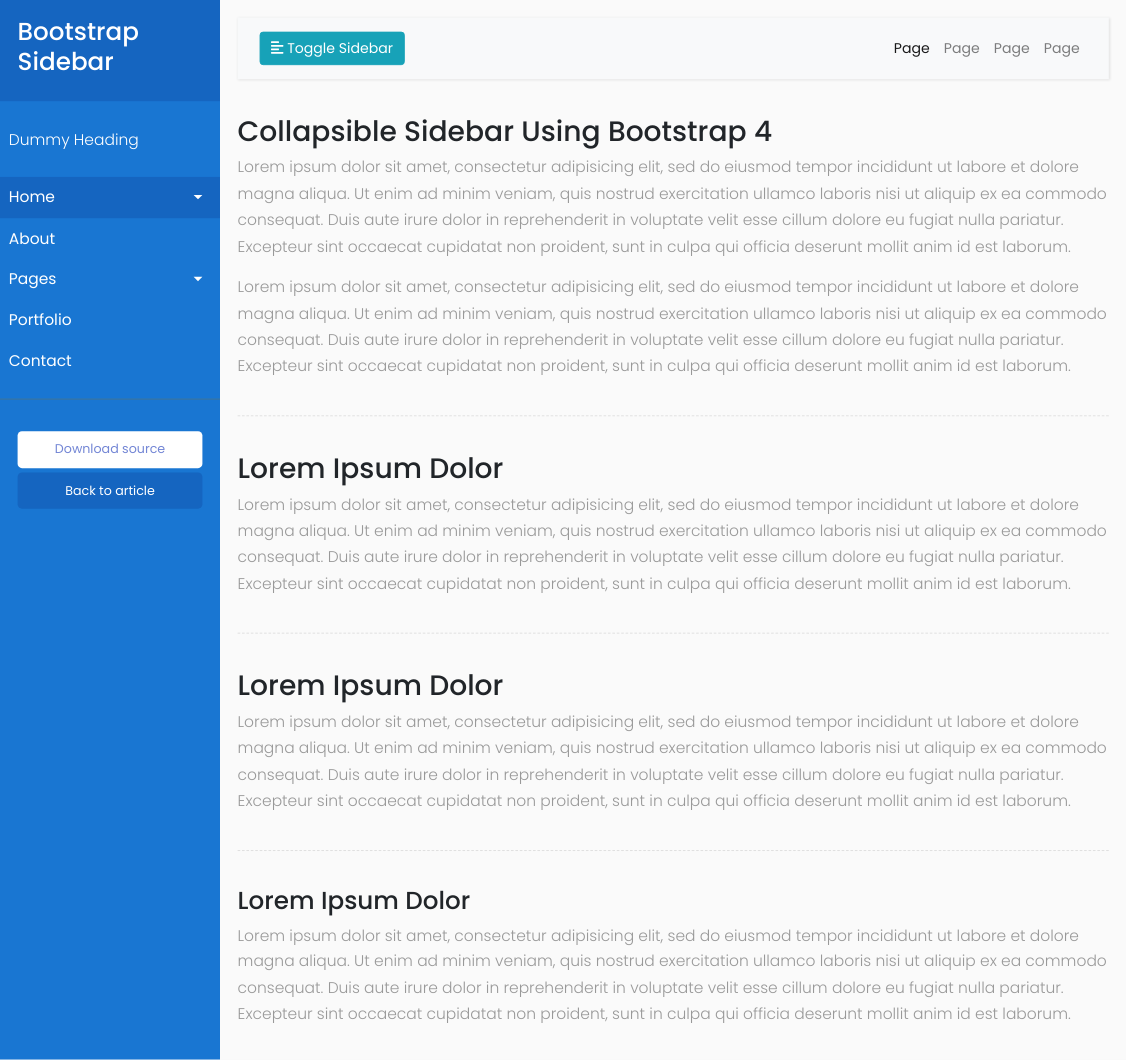
Repository: thiagosfideles/aprendendo-git
Page: index.html
The author's editor kept a record of every edit. The page is drawn from the files as they stood at one moment, then again after the next edit.
The browser window is 1280 px wide. The pictures show the whole page, at 88% of full size.
Some web libraries are served in a nearby version.

Above is the page before.
Not found: js/

### index.html
<!DOCTYPE html>
<html lang="pt-br">
<head>
    <meta charset="UTF-8">
    <meta name="viewport" content="width=device-width, initial-scale=1.0">
    <meta http-equiv="X-UA-Compatible" content="ie=edge">
    <title>Calendar</title>

    <!-- Bootstrap CSS CDN -->
    <link rel="stylesheet" href="https://cdnjs.cloudflare.com/ajax/libs/twitter-bootstrap/4.3.1/css/bootstrap.min.css" type="text/css" />

     <!-- Our Custom CSS -->
    <link rel="stylesheet" href="css/style.css">

    <!-- Font Awesome JS -->
    <script type="text/javascript" src="https://cdnjs.cloudflare.com/ajax/libs/font-awesome/5.11.2/js/fontawesome.js"></script>
    <script type="text/javascript" src="https://cdnjs.cloudflare.com/ajax/libs/font-awesome/5.11.2/js/solid.js"></script>

</head>
<body>

  <div class="wrapper">
        <!-- Sidebar  -->
        <nav id="sidebar">
            <div class="sidebar-header">
                <h3>Bootstrap Sidebar</h3>
            </div>

            <ul class="list-unstyled components">
                <p>Dummy Heading</p>
                <li class="active">
                    <a href="#homeSubmenu" data-toggle="collapse" aria-expanded="false" class="dropdown-toggle">Home</a>
                    <ul class="collapse list-unstyled" id="homeSubmenu">
                        <li>
                            <a href="#">Home 1</a>
                        </li>
                        <li>
                            <a href="#">Home 2</a>
                        </li>
                        <li>
                            <a href="#">Home 3</a>
                        </li>
                    </ul>
                </li>
                <li>
                    <a href="#">About</a>
                </li>
                <li>
                    <a href="#pageSubmenu" data-toggle="collapse" aria-expanded="false" class="dropdown-toggle">Pages</a>
                    <ul class="collapse list-unstyled" id="pageSubmenu">
                        <li>
                            <a href="#">Page 1</a>
                        </li>
                        <li>
                            <a href="#">Page 2</a>
                        </li>
                        <li>
                            <a href="#">Page 3</a>
                        </li>
                    </ul>
                </li>
                <li>
                    <a href="#">Portfolio</a>
                </li>
                <li>
                    <a href="#">Contact</a>
                </li>
            </ul>

            <ul class="list-unstyled CTAs">
                <li>
                    <a href="https://bootstrapious.com/tutorial/files/sidebar.zip" class="download">Download source</a>
                </li>
                <li>
                    <a href="https://bootstrapious.com/p/bootstrap-sidebar" class="article">Back to article</a>
                </li>
            </ul>
        </nav>

        <!-- Page Content  -->
        <div id="content">

            <nav class="navbar navbar-expand-lg navbar-light bg-light">
                <div class="container-fluid">

                    <button type="button" id="sidebarCollapse" class="btn btn-info">
                        <i class="fas fa-align-left"></i>
                        <span>Toggle Sidebar</span>
                    </button>
                    <button class="btn btn-dark d-inline-block d-lg-none ml-auto" type="button" data-toggle="collapse" data-target="#navbarSupportedContent" aria-controls="navbarSupportedContent" aria-expanded="false" aria-label="Toggle navigation">
                        <i class="fas fa-align-justify"></i>
                    </button>

                    <div class="collapse navbar-collapse" id="navbarSupportedContent">
                        <ul class="nav navbar-nav ml-auto">
                            <li class="nav-item active">
                                <a class="nav-link" href="#">Page</a>
                            </li>
                            <li class="nav-item">
                                <a class="nav-link" href="#">Page</a>
                            </li>
                            <li class="nav-item">
                                <a class="nav-link" href="#">Page</a>
                            </li>
                            <li class="nav-item">
                                <a class="nav-link" href="#">Page</a>
                            </li>
                        </ul>
                    </div>
                </div>
            </nav>

            <h2>Collapsible Sidebar Using Bootstrap 4</h2>
            <p>Lorem ipsum dolor sit amet, consectetur adipisicing elit, sed do eiusmod tempor incididunt ut labore et dolore magna aliqua. Ut enim ad minim veniam, quis nostrud exercitation ullamco laboris nisi ut aliquip ex ea commodo consequat. Duis aute irure dolor in reprehenderit in voluptate velit esse cillum dolore eu fugiat nulla pariatur. Excepteur sint occaecat cupidatat non proident, sunt in culpa qui officia deserunt mollit anim id est laborum.</p>
            <p>Lorem ipsum dolor sit amet, consectetur adipisicing elit, sed do eiusmod tempor incididunt ut labore et dolore magna aliqua. Ut enim ad minim veniam, quis nostrud exercitation ullamco laboris nisi ut aliquip ex ea commodo consequat. Duis aute irure dolor in reprehenderit in voluptate velit esse cillum dolore eu fugiat nulla pariatur. Excepteur sint occaecat cupidatat non proident, sunt in culpa qui officia deserunt mollit anim id est laborum.</p>

            <div class="line"></div>

            <h2>Lorem Ipsum Dolor</h2>
            <p>Lorem ipsum dolor sit amet, consectetur adipisicing elit, sed do eiusmod tempor incididunt ut labore et dolore magna aliqua. Ut enim ad minim veniam, quis nostrud exercitation ullamco laboris nisi ut aliquip ex ea commodo consequat. Duis aute irure dolor in reprehenderit in voluptate velit esse cillum dolore eu fugiat nulla pariatur. Excepteur sint occaecat cupidatat non proident, sunt in culpa qui officia deserunt mollit anim id est laborum.</p>

            <div class="line"></div>

            <h2>Lorem Ipsum Dolor</h2>
            <p>Lorem ipsum dolor sit amet, consectetur adipisicing elit, sed do eiusmod tempor incididunt ut labore et dolore magna aliqua. Ut enim ad minim veniam, quis nostrud exercitation ullamco laboris nisi ut aliquip ex ea commodo consequat. Duis aute irure dolor in reprehenderit in voluptate velit esse cillum dolore eu fugiat nulla pariatur. Excepteur sint occaecat cupidatat non proident, sunt in culpa qui officia deserunt mollit anim id est laborum.</p>

            <div class="line"></div>

            <h3>Lorem Ipsum Dolor</h3>
            <p>Lorem ipsum dolor sit amet, consectetur adipisicing elit, sed do eiusmod tempor incididunt ut labore et dolore magna aliqua. Ut enim ad minim veniam, quis nostrud exercitation ullamco laboris nisi ut aliquip ex ea commodo consequat. Duis aute irure dolor in reprehenderit in voluptate velit esse cillum dolore eu fugiat nulla pariatur. Excepteur sint occaecat cupidatat non proident, sunt in culpa qui officia deserunt mollit anim id est laborum.</p>
        </div>
    </div>



    <!-- Scripts -->
    <!-- Jquery.js -->
    <script src="https://code.jquery.com/jquery-3.3.1.slim.min.js" integrity="sha384-q8i/X+965DzO0rT7abK41JStQIAqVgRVzpbzo5smXKp4YfRvH+8abtTE1Pi6jizo" crossorigin="anonymous"></script>
    <!-- Popper.js -->
    <script type="text/javascript" src="https://cdnjs.cloudflare.com/ajax/libs/popper.js/1.15.0/esm/popper.min.js"></script>
    <!-- Bootstrap.js -->
    <script type="text/javascript" src="https://cdnjs.cloudflare.com/ajax/libs/twitter-bootstrap/4.3.1/js/bootstrap.min.js"></script>
    <!-- Sidebar.js -->
    <script type="text/javascript" src="js/"></script>

</body>
</html>

### css/style.css
/*
    DEMO STYLE
*/

@import "https://fonts.googleapis.com/css?family=Poppins:300,400,500,600,700";
body {
    font-family: 'Poppins', sans-serif;
    background: #fafafa;
}

p {
    font-family: 'Poppins', sans-serif;
    font-size: 1.1em;
    font-weight: 300;
    line-height: 1.7em;
    color: #999;
}

a,
a:hover,
a:focus {
    color: inherit;
    text-decoration: none;
    transition: all 0.3s;
}

.navbar {
    padding: 15px 10px;
    background: #fff;
    border: none;
    border-radius: 0;
    margin-bottom: 40px;
    box-shadow: 1px 1px 3px rgba(0, 0, 0, 0.1);
}

.navbar-btn {
    box-shadow: none;
    outline: none !important;
    border: none;
}

.line {
    width: 100%;
    height: 1px;
    border-bottom: 1px dashed #ddd;
    margin: 40px 0;
}

/* ---------------------------------------------------
    SIDEBAR STYLE
----------------------------------------------------- */

.wrapper {
    display: flex;
    width: 100%;
    align-items: stretch;
}

#sidebar {
    min-width: 250px;
    max-width: 250px;
    background: #1976d2;
    color: #fff;
    transition: all 0.3s;
}

#sidebar.active {
    margin-left: -250px;
}

#sidebar .sidebar-header {
    padding: 20px;
    background: #1565c0;
}

#sidebar ul.components {
    padding: 20px 0;
    border-bottom: 1px solid #47748b;
}

#sidebar ul p {
    color: #fff;
    padding: 10px;
}

#sidebar ul li a {
    padding: 10px;
    font-size: 1.1em;
    display: block;
}

#sidebar ul li a:hover {
    color: #1565c0;
    background: #fff;
}

#sidebar ul li.active>a,
a[aria-expanded="true"] {
    color: #fff;
    background: #1565c0 ;
}

a[data-toggle="collapse"] {
    position: relative;
}

.dropdown-toggle::after {
    display: block;
    position: absolute;
    top: 50%;
    right: 20px;
    transform: translateY(-50%);
}

ul ul a {
    font-size: 0.9em !important;
    padding-left: 30px !important;
    background: #1565c0 ;
}

ul.CTAs {
    padding: 20px;
}

ul.CTAs a {
    text-align: center;
    font-size: 0.9em !important;
    display: block;
    border-radius: 5px;
    margin-bottom: 5px;
}

a.download {
    background: #fff;
    color: #7386D5;
}

a.article,
a.article:hover {
    background: #1565c0 !important;
    color: #fff !important;
}

/* ---------------------------------------------------
    CONTENT STYLE
----------------------------------------------------- */

#content {
    width: 100%;
    padding: 20px;
    min-height: 100vh;
    transition: all 0.3s;
}

/* ---------------------------------------------------
    MEDIAQUERIES
----------------------------------------------------- */

@media (max-width: 768px) {
    #sidebar {
        margin-left: -250px;
    }
    #sidebar.active {
        margin-left: 0;
    }
    #sidebarCollapse span {
        display: none;
    }
}

After the next edit:
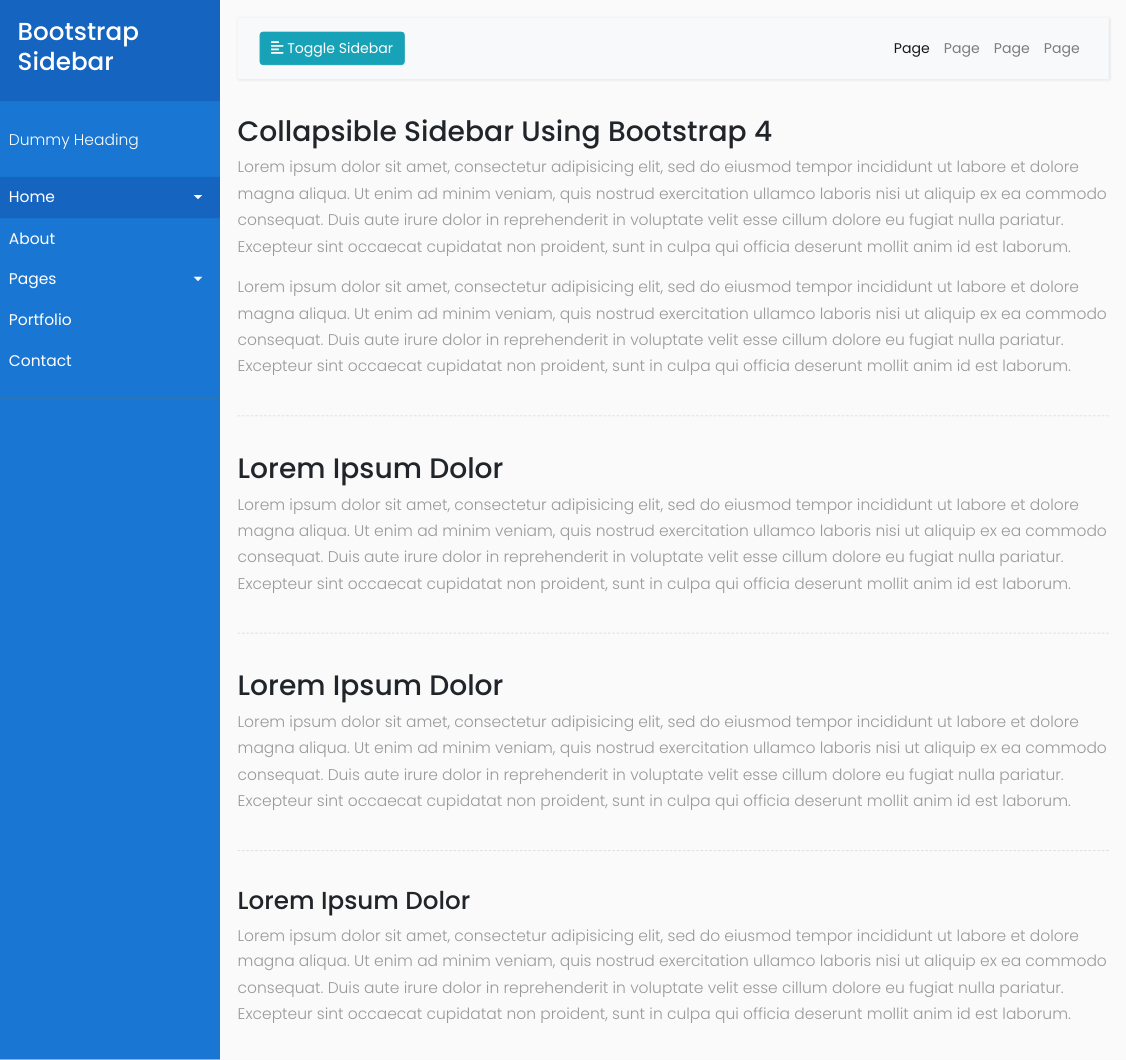
The edit:
--- a/index.html
+++ b/index.html
@@ -64,15 +64,6 @@
                 </li>
                 <li>
                     <a href="#">Contact</a>
-                </li>
-            </ul>
-
-            <ul class="list-unstyled CTAs">
-                <li>
-                    <a href="https://bootstrapious.com/tutorial/files/sidebar.zip" class="download">Download source</a>
-                </li>
-                <li>
-                    <a href="https://bootstrapious.com/p/bootstrap-sidebar" class="article">Back to article</a>
                 </li>
             </ul>
         </nav>
